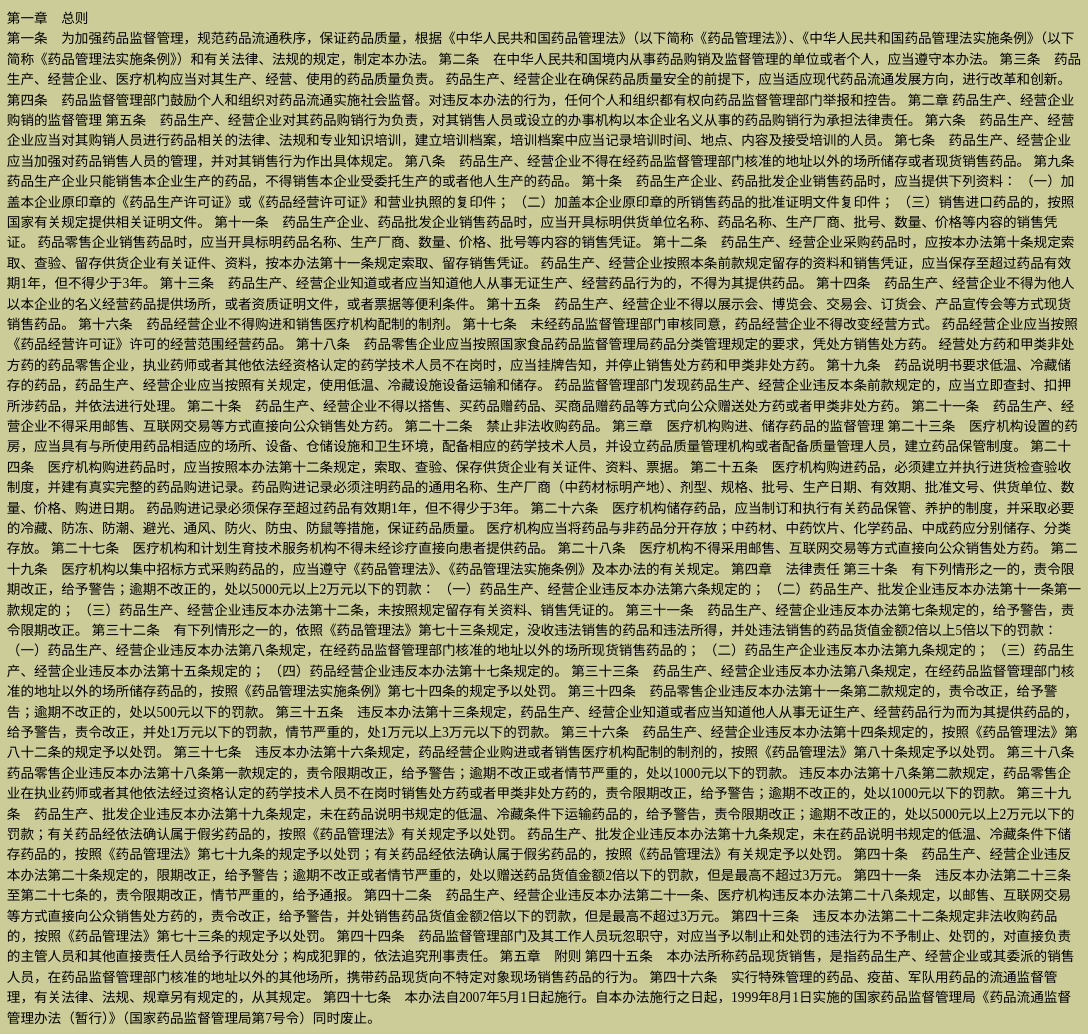
Repository: Shaoxubao/Java
Page: http://localhost/msm/jsp/rule/rules.jsp
These files come from the project's save history. The page is drawn as it stood at one moment and after the next save; the edit follows.
The browser window is 1280 px wide. The pictures show the whole page, at 85% of full size.
The page is served by Tomcat 9. Nobody is signed in. The application's start-up code is not run. Other server files are loaded and not shown.

Above is the page before, as saved 2015-06-13 17:49:42.

### msm/WebContent/jsp/rule/rules.jsp
<%@ page language="java" contentType="text/html; charset=UTF-8"
    pageEncoding="UTF-8"%>
<!DOCTYPE html>
<html>
<head>
<meta http-equiv="Content-Type" content="text/html; charset=UTF-8">
<title>Insert title here</title>
</head>
<body bgcolor="#CCCC99">
第一章　总则<br>

第一条　为加强药品监督管理，规范药品流通秩序，保证药品质量，根据《中华人民共和国药品管理法》（以下简称《药品管理法》）、《中华人民共和国药品管理法实施条例》（以下简称《药品管理法实施条例》）和有关法律、法规的规定，制定本办法。
第二条　在中华人民共和国境内从事药品购销及监督管理的单位或者个人，应当遵守本办法。
第三条　药品生产、经营企业、医疗机构应当对其生产、经营、使用的药品质量负责。
药品生产、经营企业在确保药品质量安全的前提下，应当适应现代药品流通发展方向，进行改革和创新。
第四条　药品监督管理部门鼓励个人和组织对药品流通实施社会监督。对违反本办法的行为，任何个人和组织都有权向药品监督管理部门举报和控告。
第二章 药品生产、经营企业购销的监督管理

第五条　药品生产、经营企业对其药品购销行为负责，对其销售人员或设立的办事机构以本企业名义从事的药品购销行为承担法律责任。
第六条　药品生产、经营企业应当对其购销人员进行药品相关的法律、法规和专业知识培训，建立培训档案，培训档案中应当记录培训时间、地点、内容及接受培训的人员。
第七条　药品生产、经营企业应当加强对药品销售人员的管理，并对其销售行为作出具体规定。
第八条　药品生产、经营企业不得在经药品监督管理部门核准的地址以外的场所储存或者现货销售药品。
第九条　药品生产企业只能销售本企业生产的药品，不得销售本企业受委托生产的或者他人生产的药品。
第十条　药品生产企业、药品批发企业销售药品时，应当提供下列资料：
（一）加盖本企业原印章的《药品生产许可证》或《药品经营许可证》和营业执照的复印件；
（二）加盖本企业原印章的所销售药品的批准证明文件复印件；
（三）销售进口药品的，按照国家有关规定提供相关证明文件。
第十一条　药品生产企业、药品批发企业销售药品时，应当开具标明供货单位名称、药品名称、生产厂商、批号、数量、价格等内容的销售凭证。
药品零售企业销售药品时，应当开具标明药品名称、生产厂商、数量、价格、批号等内容的销售凭证。
第十二条　药品生产、经营企业采购药品时，应按本办法第十条规定索取、查验、留存供货企业有关证件、资料，按本办法第十一条规定索取、留存销售凭证。
药品生产、经营企业按照本条前款规定留存的资料和销售凭证，应当保存至超过药品有效期1年，但不得少于3年。
第十三条　药品生产、经营企业知道或者应当知道他人从事无证生产、经营药品行为的，不得为其提供药品。
第十四条　药品生产、经营企业不得为他人以本企业的名义经营药品提供场所，或者资质证明文件，或者票据等便利条件。
第十五条　药品生产、经营企业不得以展示会、博览会、交易会、订货会、产品宣传会等方式现货销售药品。
第十六条　药品经营企业不得购进和销售医疗机构配制的制剂。
第十七条　未经药品监督管理部门审核同意，药品经营企业不得改变经营方式。
药品经营企业应当按照《药品经营许可证》许可的经营范围经营药品。
第十八条　药品零售企业应当按照国家食品药品监督管理局药品分类管理规定的要求，凭处方销售处方药。
经营处方药和甲类非处方药的药品零售企业，执业药师或者其他依法经资格认定的药学技术人员不在岗时，应当挂牌告知，并停止销售处方药和甲类非处方药。
第十九条　药品说明书要求低温、冷藏储存的药品，药品生产、经营企业应当按照有关规定，使用低温、冷藏设施设备运输和储存。
药品监督管理部门发现药品生产、经营企业违反本条前款规定的，应当立即查封、扣押所涉药品，并依法进行处理。
第二十条　药品生产、经营企业不得以搭售、买药品赠药品、买商品赠药品等方式向公众赠送处方药或者甲类非处方药。
第二十一条　药品生产、经营企业不得采用邮售、互联网交易等方式直接向公众销售处方药。
第二十二条　禁止非法收购药品。
第三章　医疗机构购进、储存药品的监督管理

第二十三条　医疗机构设置的药房，应当具有与所使用药品相适应的场所、设备、仓储设施和卫生环境，配备相应的药学技术人员，并设立药品质量管理机构或者配备质量管理人员，建立药品保管制度。
第二十四条　医疗机构购进药品时，应当按照本办法第十二条规定，索取、查验、保存供货企业有关证件、资料、票据。
第二十五条　医疗机构购进药品，必须建立并执行进货检查验收制度，并建有真实完整的药品购进记录。药品购进记录必须注明药品的通用名称、生产厂商（中药材标明产地）、剂型、规格、批号、生产日期、有效期、批准文号、供货单位、数量、价格、购进日期。
药品购进记录必须保存至超过药品有效期1年，但不得少于3年。
第二十六条　医疗机构储存药品，应当制订和执行有关药品保管、养护的制度，并采取必要的冷藏、防冻、防潮、避光、通风、防火、防虫、防鼠等措施，保证药品质量。
医疗机构应当将药品与非药品分开存放；中药材、中药饮片、化学药品、中成药应分别储存、分类存放。
第二十七条　医疗机构和计划生育技术服务机构不得未经诊疗直接向患者提供药品。
第二十八条　医疗机构不得采用邮售、互联网交易等方式直接向公众销售处方药。
第二十九条　医疗机构以集中招标方式采购药品的，应当遵守《药品管理法》、《药品管理法实施条例》及本办法的有关规定。
第四章　法律责任

第三十条　有下列情形之一的，责令限期改正，给予警告；逾期不改正的，处以5000元以上2万元以下的罚款：
（一）药品生产、经营企业违反本办法第六条规定的；
（二）药品生产、批发企业违反本办法第十一条第一款规定的；
（三）药品生产、经营企业违反本办法第十二条，未按照规定留存有关资料、销售凭证的。
第三十一条　药品生产、经营企业违反本办法第七条规定的，给予警告，责令限期改正。
第三十二条　有下列情形之一的，依照《药品管理法》第七十三条规定，没收违法销售的药品和违法所得，并处违法销售的药品货值金额2倍以上5倍以下的罚款：
（一）药品生产、经营企业违反本办法第八条规定，在经药品监督管理部门核准的地址以外的场所现货销售药品的；
（二）药品生产企业违反本办法第九条规定的；
（三）药品生产、经营企业违反本办法第十五条规定的；
（四）药品经营企业违反本办法第十七条规定的。
第三十三条　药品生产、经营企业违反本办法第八条规定，在经药品监督管理部门核准的地址以外的场所储存药品的，按照《药品管理法实施条例》第七十四条的规定予以处罚。
第三十四条　药品零售企业违反本办法第十一条第二款规定的，责令改正，给予警告；逾期不改正的，处以500元以下的罚款。
第三十五条　违反本办法第十三条规定，药品生产、经营企业知道或者应当知道他人从事无证生产、经营药品行为而为其提供药品的，给予警告，责令改正，并处1万元以下的罚款，情节严重的，处1万元以上3万元以下的罚款。
第三十六条　药品生产、经营企业违反本办法第十四条规定的，按照《药品管理法》第八十二条的规定予以处罚。
第三十七条　违反本办法第十六条规定，药品经营企业购进或者销售医疗机构配制的制剂的，按照《药品管理法》第八十条规定予以处罚。
第三十八条　药品零售企业违反本办法第十八条第一款规定的，责令限期改正，给予警告；逾期不改正或者情节严重的，处以1000元以下的罚款。
违反本办法第十八条第二款规定，药品零售企业在执业药师或者其他依法经过资格认定的药学技术人员不在岗时销售处方药或者甲类非处方药的，责令限期改正，给予警告；逾期不改正的，处以1000元以下的罚款。
第三十九条　药品生产、批发企业违反本办法第十九条规定，未在药品说明书规定的低温、冷藏条件下运输药品的，给予警告，责令限期改正；逾期不改正的，处以5000元以上2万元以下的罚款；有关药品经依法确认属于假劣药品的，按照《药品管理法》有关规定予以处罚。
药品生产、批发企业违反本办法第十九条规定，未在药品说明书规定的低温、冷藏条件下储存药品的，按照《药品管理法》第七十九条的规定予以处罚；有关药品经依法确认属于假劣药品的，按照《药品管理法》有关规定予以处罚。
第四十条　药品生产、经营企业违反本办法第二十条规定的，限期改正，给予警告；逾期不改正或者情节严重的，处以赠送药品货值金额2倍以下的罚款，但是最高不超过3万元。
第四十一条　违反本办法第二十三条至第二十七条的，责令限期改正，情节严重的，给予通报。
第四十二条　药品生产、经营企业违反本办法第二十一条、医疗机构违反本办法第二十八条规定，以邮售、互联网交易等方式直接向公众销售处方药的，责令改正，给予警告，并处销售药品货值金额2倍以下的罚款，但是最高不超过3万元。
第四十三条　违反本办法第二十二条规定非法收购药品的，按照《药品管理法》第七十三条的规定予以处罚。
第四十四条　药品监督管理部门及其工作人员玩忽职守，对应当予以制止和处罚的违法行为不予制止、处罚的，对直接负责的主管人员和其他直接责任人员给予行政处分；构成犯罪的，依法追究刑事责任。
第五章　附则

第四十五条　本办法所称药品现货销售，是指药品生产、经营企业或其委派的销售人员，在药品监督管理部门核准的地址以外的其他场所，携带药品现货向不特定对象现场销售药品的行为。
第四十六条　实行特殊管理的药品、疫苗、军队用药品的流通监督管理，有关法律、法规、规章另有规定的，从其规定。
第四十七条　本办法自2007年5月1日起施行。自本办法施行之日起，1999年8月1日实施的国家药品监督管理局《药品流通监督管理办法（暂行）》（国家药品监督管理局第7号令）同时废止。
</body>
</html>

After the next save:
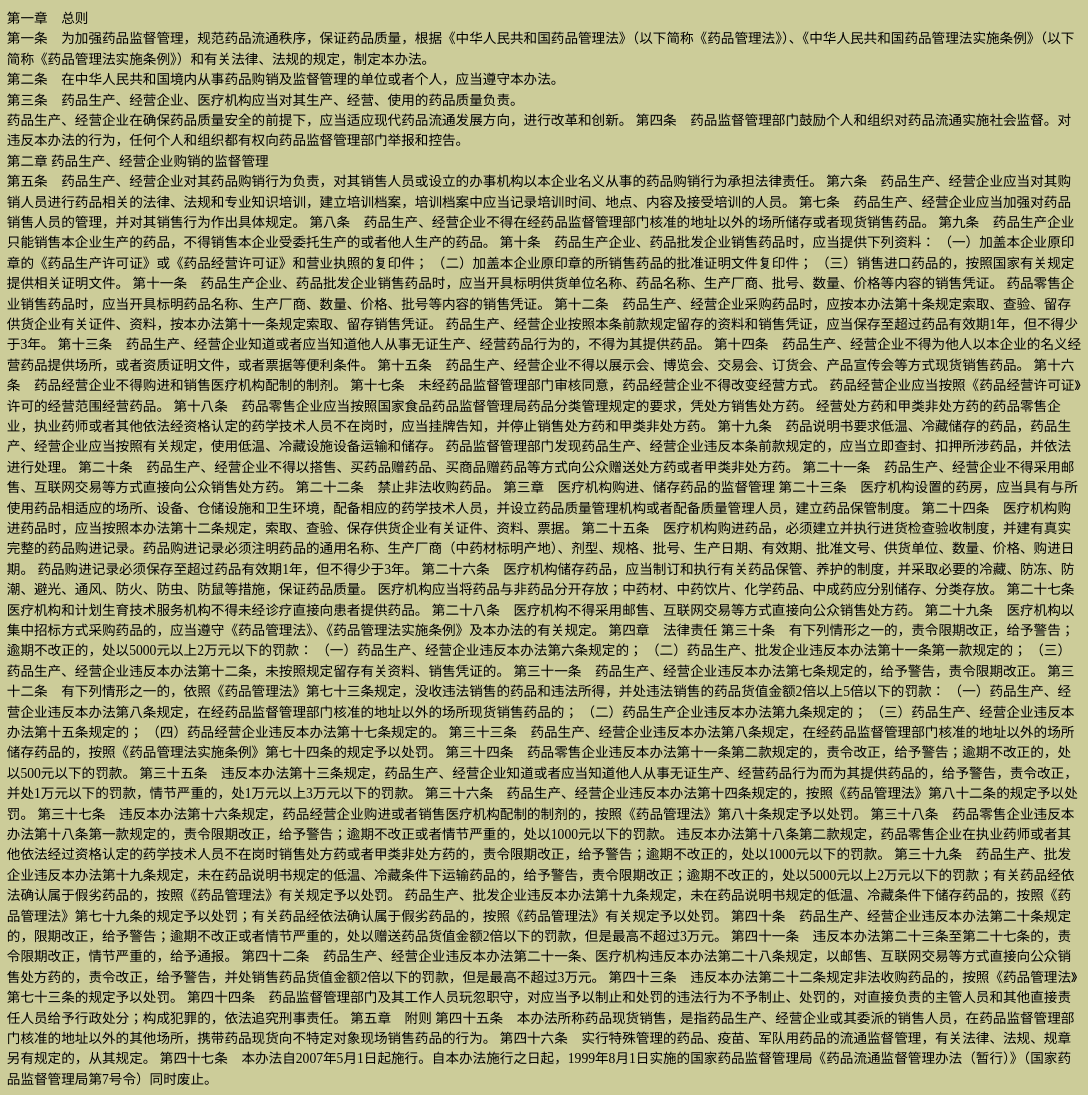
Saved 52 s later.
--- a/msm/WebContent/jsp/rule/rules.jsp
+++ b/msm/WebContent/jsp/rule/rules.jsp
@@ -9,12 +9,12 @@
 <body bgcolor="#CCCC99">
 第一章　总则<br>
 
-第一条　为加强药品监督管理，规范药品流通秩序，保证药品质量，根据《中华人民共和国药品管理法》（以下简称《药品管理法》）、《中华人民共和国药品管理法实施条例》（以下简称《药品管理法实施条例》）和有关法律、法规的规定，制定本办法。
-第二条　在中华人民共和国境内从事药品购销及监督管理的单位或者个人，应当遵守本办法。
-第三条　药品生产、经营企业、医疗机构应当对其生产、经营、使用的药品质量负责。
+第一条　为加强药品监督管理，规范药品流通秩序，保证药品质量，根据《中华人民共和国药品管理法》（以下简称《药品管理法》）、《中华人民共和国药品管理法实施条例》（以下简称《药品管理法实施条例》）和有关法律、法规的规定，制定本办法。<br>
+第二条　在中华人民共和国境内从事药品购销及监督管理的单位或者个人，应当遵守本办法。<br>
+第三条　药品生产、经营企业、医疗机构应当对其生产、经营、使用的药品质量负责。<br>
 药品生产、经营企业在确保药品质量安全的前提下，应当适应现代药品流通发展方向，进行改革和创新。
-第四条　药品监督管理部门鼓励个人和组织对药品流通实施社会监督。对违反本办法的行为，任何个人和组织都有权向药品监督管理部门举报和控告。
-第二章 药品生产、经营企业购销的监督管理
+第四条　药品监督管理部门鼓励个人和组织对药品流通实施社会监督。对违反本办法的行为，任何个人和组织都有权向药品监督管理部门举报和控告。<br>
+第二章 药品生产、经营企业购销的监督管理<br>
 
 第五条　药品生产、经营企业对其药品购销行为负责，对其销售人员或设立的办事机构以本企业名义从事的药品购销行为承担法律责任。
 第六条　药品生产、经营企业应当对其购销人员进行药品相关的法律、法规和专业知识培训，建立培训档案，培训档案中应当记录培训时间、地点、内容及接受培训的人员。
